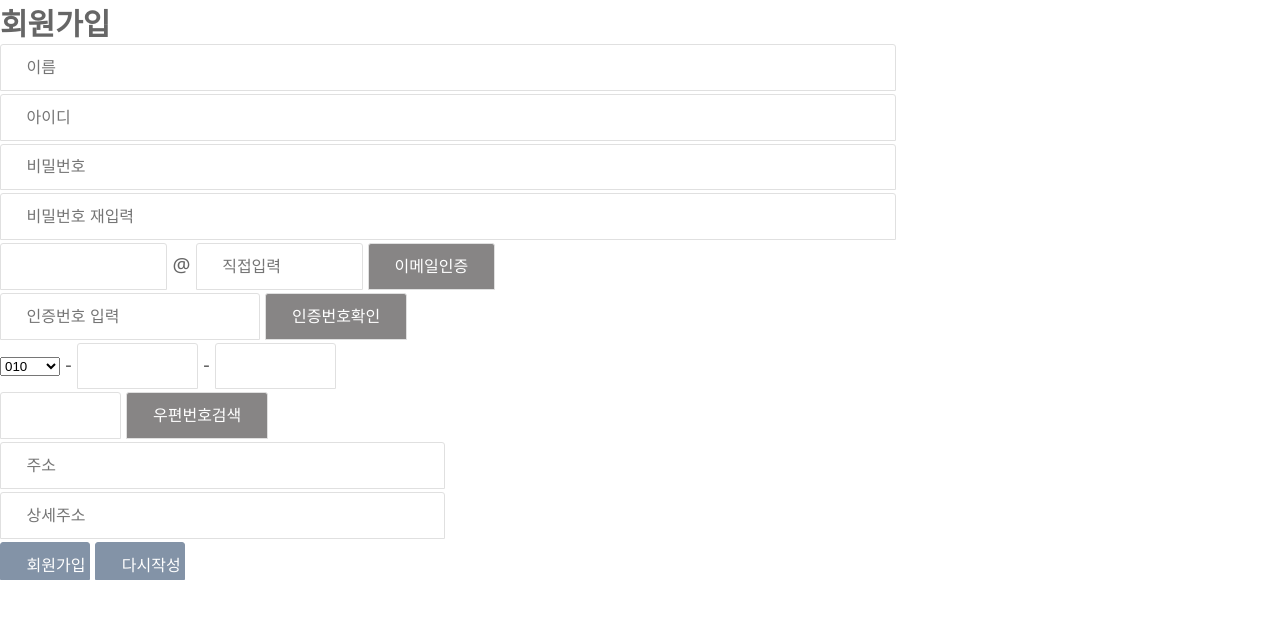
Repository: keepsus/gaebokchi
Page: http://localhost/uzuslime/member/memberWriteForm.jsp
An editor plug-in stored every save of this project. The page is shown before and after the next save, followed by the edit.
The browser window is 1280 px wide. The pictures show the whole page.
Some web fonts or font styles are not loaded; a fallback is used. The page is served by Tomcat 9. Nobody is signed in. The application's start-up code is not run. Other server files are loaded and not shown.

Above is the page before, as saved 2021-02-12 10:52:24.

### uzuslime/src/main/webapp/member/memberWriteForm.jsp
<%@ page language="java" contentType="text/html; charset=UTF-8"
    pageEncoding="UTF-8"%>

    <link rel="stylesheet" href="/slime/css/memberWriteForm.css">
    <link rel="preconnect" href="https://fonts.gstatic.com">
    <link href="https://fonts.googleapis.com/css2?family=Raleway:ital,wght@0,200;0,300;0,400;0,500;1,300;1,400&display=swap" rel="stylesheet">


<form name="memberWriteForm" method="post" action="/slime/member/write">
	<div>
	    <h2 class="modal-header">회원가입</h2>
	</div>


	<article name="memberSignUpForm" class="signUpForm" >
	    <div class="input-text">
	        <input type="text" id="member_name" name="member_name" size="25" placeholder="이름" autocomplete=”off”>
	        <div id="nameDiv"></div>
	    </div>


	    <div class="input-text">
	        <input type="text" class="member_id" id="member_id" name="member_id" size="25" placeholder="아이디" autocomplete=”off”>
	        <input type="hidden" id="check" value="">
	      <div id="idDiv"></div>

	    </div>


	    <div class="input-text">
	        <input type="password" class="sign-pwd" name="member_pw" size="25" placeholder="비밀번호">
	        <div id="pwdDiv"></div>
	    </div>


	    <div class="input-text">
	        <input type="password" class="sign-repwd" name="repw" size="25" placeholder="비밀번호 재입력">
	        <div id="repwdDiv"></div>
	    </div>


	    <div class="signUp-email-form">
	        <input type="text" class="sign-email1" id="email1" name="email1" size="10">
	        @
	        <input type="email" class="sign-email2" list="email2" id="email2" name="email2"  placeholder="직접입력" size="10">
	        <datalist id="email2">
	            <option value="gmail.com">
	            <option value="naver.com">
	            <option value="hanmail.net">
	        </datalist>
	        <input type="button" id="emailBtn" name="emailBtn" class="emailBtn" value="이메일인증"><br>
	         <input type="text" class="checkEmail" id="checkEmail" name="checkEmail" placeholder="인증번호 입력" autocomplete=”off”>
	         <input type="hidden" id="checkEmailR" value="">
	        <input type="button" id="emailCheckBtn" class="emailCheckBtn" value="인증번호확인" ><br>
	    </div>
		<div id="emailDiv"></div>

	    <div class="signUp-phone-form">
	        <select name="tel1" class="sign-tel1" style="width: 60px;">
	            <option value="010">010
	            <option value="011">011
	            <option value="019">019
	        </select>
	         -
	         <input type="text" class="sign-tel2" name="tel2" size="5">
	         -
	         <input type="text" class="sign-tel3" name="tel3" size="5">
	    </div>


	    <div class="signUp-address-form">
	        <input type="text" class="sign-post" id="postcode" name="zipcode" size="5" readonly>
	        <input type="button" id="checkPostBtn" class="checkPostBtn" value="우편번호검색"><br>
	        <input type="text" class="sign-address" id="address" name="addr1" size="40"  readonly placeholder="주소"><br>
	        <input type="text" class="sign-detail" id="detailAddress" name="addr2" size="40" placeholder="상세주소">
	    </div>


	    <div class="signUp-btn-box">
	        <input type="button" id="writeBtn" class="writeBtn" value="회원가입">
	        <input type="reset" value="다시작성">
	    </div>
	</article>

	<input type="hidden" name="email_key" value="0">
	<input type="hidden" name="admin_yn" value="0">

</form>
<script type="text/javascript" src="https://code.jquery.com/jquery-3.5.1.min.js"></script>
<script type="text/javascript" src="/slime/js/member.js?ver=1"></script>

### uzuslime/src/main/webapp/css/memberWriteForm.css
@charset "UTF-8";
* {
    margin: 0px;
    padding: 0px;
    box-sizing: border-box;
}

html {
    background-color: #fff;
    color: rgba(85, 85, 85, 0.897);
    font-family: 'Raleway','Noto Sans Korean','Apple SD Gothic Neo', 'Malgun Gothic','Nanum Gothic', 'Noto Sans','sans-serif';
    font-weight: 300px;
    font-size: 20px;
    text-rendering: optimizeLegibility;
    /* 반응형 웹사이트를 만드려고 기준으로 두었다. 폰트사이즈를 20px을 기본으로 주면 다른 태그에서 %를 사용해서 변경해주면
    폰트 사이즈를 바꿔줄때마다 웹사이트의 폰트 사이즈가 자동으로 바뀔 것이다. */
}

.modal-header{
	margin-botton: 8%;

}

.memberSignUpForm{
	text-align: center;
}

.input-text input{
    width: 70%;
    padding: 1% 2%;
    line-height: 1.2;
    border-radius: 3px 3px 0 0;
    border: 1px solid #e0e0e0;
    font-size: 80%;
    margin-bottom: 3px;
}

.emailBtn,.emailCheckBtn,.checkPostBtn{
    background-color: #fff;
    color: rgba(85, 85, 85, 0.897);
    border: 1px solid #e0e0e0;
    text-decoration: none;
    cursor: pointer;
    border-radius: 3px 3px 0 0;
}

.emailBtn,.emailCheckBtn,.checkPostBtn,.writeBtn:hover{
    transition: 0.4s;
    background-color: rgba(78, 76, 76, 0.678);
    color: white;
}

.signUp-email-form input {
	padding: 1% 2%;
    line-height: 1.2;
    border-radius: 3px 3px 0 0;
    border: 1px solid #e0e0e0;
    font-size: 80%;
    margin-bottom: 3px;
}

.signUp-phone-form input {
	padding: 1% 2%;
    line-height: 1.2;
    border-radius: 3px 3px 0 0;
    border: 1px solid #e0e0e0;
    font-size: 80%;
    margin-bottom: 3px;
}

.signUp-address-form input {
	padding: 1% 2%;
    line-height: 1.2;
    border-radius: 3px 3px 0 0;
    border: 1px solid #e0e0e0;
    font-size: 80%;
    margin-bottom: 3px;
}

.signUp-btn-box input{
	padding: 1% 2%;
    line-height: 1.2;
    border-radius: 3px 3px 0 0;
    border: 1px solid #8393a7;
    background-color: #8393a7;
    font-size: 80%;
    color :white;
    margin-bottom: 3px;
    width: 90px;
    height:38px;
    cursor:pointer;
}

### uzuslime/src/main/webapp/js/member.js
//로그인
$('#loginBtn').click(function(){
	$('#loginIdDiv').empty();
	$('#loginPwdDiv').empty();

	if($('#loginId').val()==''){
		$('#loginIdDiv').text('아이디를 입력')
						.css('color','red')
						.css('font-size','8pt')
						.css('font-weight','bold');

	}else if($('#loginPwd').val()==''){
		$('#loginPwdDiv').text('비밀번호를 입력')
						 .css('color','red')
						 .css('font-size','8pt')
						 .css('font-weight','bold');
	}else{
		$.ajax({
			type : 'post',
			url: '/slime/member/login',
			data: {'member_id': $('#loginId').val(), 'pwpwpw': $('#loginPwd').val()},

			dataType: 'text',
			success: function(data){
				if(data == 'success'){
					location.href = '/slime/index.jsp';

				}else if(data == 'fail'){

					alert('잘못된 정보입니다. 다시 입력해주세요.');
				}
			},//success
			error: function(err){
				console.log(err);
			}//error

		});//ajax
	}//else
});//click

//회원가입
$('#writeBtn').click(function(){
	$('#nameDiv').empty();
	$('#idDiv').empty();
	$('#pwdDiv').empty();
	$('#repwdDiv').empty();
	$('#emailDiv').empty();
	var idReg = /^[A-za-z0-9]/g;
	//아이디 한글못넣게 하는 것
	//[영문 대문자 또는 소문자로 시작하는 아이디, 끝날때 제한 없음]

	//if($('#name').val()==''){ -> 방법 1
	//if($('input[id=member_name]').val()==''){ -> 방법 2
	//id 속성이용은 2가지 방법 모두 가능
	if($('input[id=member_name]').val()==''){
		$('#nameDiv').text('이름을 입력하세요');
		$('#nameDiv').css('color','red');
		$('#nameDiv').css('font-size','8pt');
		$('#nameDiv').css('font-weight','bold');

	}else if($('#member_id').val()==''){	//id 속성이용
		$('#idDiv').text('아이디를 입력하세요');
		$('#idDiv').css('color','red');
		$('#idDiv').css('font-size','8pt');
		$('#idDiv').css('font-weight','bold');

	}else if( !idReg.test( $("input[id=member_id]").val() ) ){
		$('#idDiv').text('아이디는 영문자로 시작하는 6~20자 영문자 또는 숫자이어야 합니다.');
		$('#idDiv').css('color','red');
		$('#idDiv').css('font-size','8pt');
		$('#idDiv').css('font-weight','bold');

	}else if($('input[name=member_pw]').val()==''){
		$('#pwdDiv').text('비밀번호를 입력하세요')
		$('#pwdDiv').css('color','red')
		$('#pwdDiv').css('font-size','8pt')
		$('#pwdDiv').css('font-weight','bold');

	}else if($('input[name=repw]').val() != $('input[name=member_pw]').val()){
		$('#repwdDiv').text('비밀번호가 맞지 않습니다')
		$('#repwdDiv').css('color','red')
		$('#repwdDiv').css('font-size','8pt')
		$('#repwdDiv').css('font-weight','bold');

	}else if($('#member_id').val() != $('#check').val()){
		$('#idDiv').text('중복체크 하세요')
		$('#idDiv').css('color','red')
		$('#idDiv').css('font-size','8pt')
		$('#idDiv').css('font-weight','bold');

	}else if($('input[name=email1]').val()==''||$('input[name=email2]').val()==''){
		$('#emailDiv').text('이메일을 입력하세요')
		$('#emailDiv').css('color','red')
		$('#emailDiv').css('font-size','8pt')
		$('#emailDiv').css('font-weight','bold');

	}else{
		$('form[name=memberWriteForm]').submit();
	}
});

//중복 아이디 체크
$('#member_id').focusout(function(){
	if($('#member_id').val()==''){
		$('#idDiv').text('먼저 아이디를 입력하세요')
		$('#idDiv').css('color','magenta')
		$('#idDiv').css('font-size','8pt')
		$('#idDiv').css('font-weight','bold');

	}else{
		$.ajax({
			type: 'post',
			url: '/slime/member/checkId',
			data: 'member_id='+$('#member_id').val(),
			dataType: 'text',
			success: function(data){
				if(data == 'exist'){
					$('#idDiv').text('사용 불가능')
					$('#idDiv').css('color','magenta')
					$('#idDiv').css('font-size','8pt')
					$('#idDiv').css('font-weight','bold');

				}else if(data == 'non_exist'){
					$('#check').val($('#member_id').val());

					$('#idDiv').text('사용 가능')
					$('#idDiv').css('color','blue')
					$('#idDiv').css('font-size','8pt')
					$('#idDiv').css('font-weight','bold');
				}
			}
		});
	}
});

//우편번호
$('#checkPostBtn').click(function(){
	window.open("/slime/member/memberCheckPost", "zipcode", "width=700 height=500 scrollbars=yes");
});

$('#checkPostSearchBtn').click(function(){
	$.ajax({
		type: 'post',
		url: '/slime/member/checkPostSearch',
		data: $('#memberCheckPostForm').serialize(),	//serialize : '변수=값&변수=값'
		dataType: 'json',
		success: function(data){
			//alert(JSON.stringify(data));

			$('#checkPostTable tr:gt(2)').remove();

			$.each(data.list, function(index, items){
				var address = items.sido+' '
							+ items.sigungu+' '
							+ items.yubmyundong+' '
							+ items.ri+' '
							+ items.roadname+' '
							+ items.buildingname;

				address = address.replace(/null/g, '');

				$('<tr/>').append($('<td/>',{
					align: 'center',
					text: items.zipcode

				})).append($('<td/>',{
					colspan: '3',
					}).append($('<a/>',{
						href: '#',
						id: 'addressA',
						text: address
					}))
				).appendTo($('#checkPostTable'));
			});//each

			$('a').click(function(){
				//alert($(this).prop('tagName'));
				//alert($(this).parent().prev().text());

				$('#postcode', opener.document).val($(this).parent().prev().text());
				$('#address', opener.document).val($(this).text());
				$('#detailAddress', opener.document).focus();
				window.close();
			});
		},
		error: function(err){
			console.log(err);
		}
	});
});

//회원정보수정
$('#modifyBtn').click(function(){
	$('#nameDiv').empty();
	$('#pwdDiv').empty();
	$('#repwdDiv').empty();

	if($('#member_name').val()==''){
		$('#nameDiv').text('이름을 입력하세요');
		$('#nameDiv').css('color','red');
		$('#nameDiv').css('font-size','8pt');
		$('#nameDiv').css('font-weight','bold');

	}else if($('input[name=member_pw]').val()==''){
		$('#pwdDiv').text('비밀번호를 입력하세요')
		$('#pwdDiv').css('color','red')
		$('#pwdDiv').css('font-size','8pt')
		$('#pwdDiv').css('font-weight','bold');

	}else if($('input[name=repw]').val() != $('input[name=member_pw]').val()){
		$('#repwdDiv').text('비밀번호가 맞지 않습니다')
		$('#repwdDiv').css('color','red')
		$('#repwdDiv').css('font-size','8pt')
		$('#repwdDiv').css('font-weight','bold');

	}else{
		$.ajax({
			type: 'post',
			url: '/slime/member/modify',
			data: $('#memberModifyForm').serialize(),	//serialize : '변수=값&변수=값'
			success: function(){
				alert('회원정보수정 완료');
				location.href='/slime/mypage/myPageOrder.jsp';
			},
			error: function(err){
				console.log(err);
			}
		});
	}
});

//아이디 찾기
$('#searchBtn').click(function(){
	$.ajax({
		type: 'post',
		url: '/slime/member/memberIdSearch',
		data: $('#memberSearch').serialize(),
		dataType: 'text',
		success: function(data){
			alert("회원님의 ID는 "+data+" 입니다");
			location.href='/slime/index.jsp';
		},
		error: function(err){
			alert("틀린 정보입니다. 다시 확인해주세요.")
			console.log(err);
		}
	});
});


//이메일 인증 보내기
$('#emailBtn').click(function(){
	$('#emailDiv').empty();
	if($('input[name=email1]').val()==''||$('input[name=email2]').val()==''){
		$('#emailDiv').text('이메일을 입력하세요');
		$('#emailDiv').css('color','red');
		$('#emailDiv').css('font-size','8pt');
		$('#emailDiv').css('font-weight','bold');

	}else{
		$.ajax({
			type: 'post',
			url: '/slime/member/sendEmail',
			data: 'e_mail='+$('#email1').val()+'@'+$('#email2').val(),
			dataType: 'json',
			success: function(data){
				$('#emailDiv').text('이메일이 발송되었습니다. 인증번호를 입력헤주세요');
				$('#emailDiv').css('color','red');
				$('#emailDiv').css('font-size','8pt');
				$('#emailDiv').css('font-weight','bold');
				console.log('이메일 data ='+ JSON.stringify(data));//data가 들어오는것인가?이상한게 찍힌다.
				$('#checkEmailR').val(data.dice);//받은 인증번호를 jsp에 있는 hidden 속성에 넣어주기
			},
			error: function(err){
				console.log(err);
			}
		});
	}

});


//이메일 인증번호 확인
$('#emailCheckBtn').click(function(){
	$('#emailDiv').empty();

	if($('input[id=checkEmail]').val()==''){
		$('#emailDiv').text('이메일 인증번호를 입력해주세요 ')
		$('#emailDiv').css('color','magenta')
		$('#emailDiv').css('font-size','8pt')
		$('#emailDiv').css('font-weight','bold');

	}else{
		if
		(document.getElementById('checkEmail').value == document.getElementById('checkEmailR').value){
			$('#emailDiv').text('인증되었습니다.')
			$('#emailDiv').css('color','magenta')
			$('#emailDiv').css('font-size','8pt')
			$('#emailDiv').css('font-weight','bold');
		}else if
		(document.getElementById('checkEmail').value != document.getElementById('checkEmailR').value){
			$('#emailDiv').text('인증번호가 맞지 않습니다.')
			$('#emailDiv').css('color','magenta')
			$('#emailDiv').css('font-size','8pt')
			$('#emailDiv').css('font-weight','bold');
		}
	}

});

After the next save:
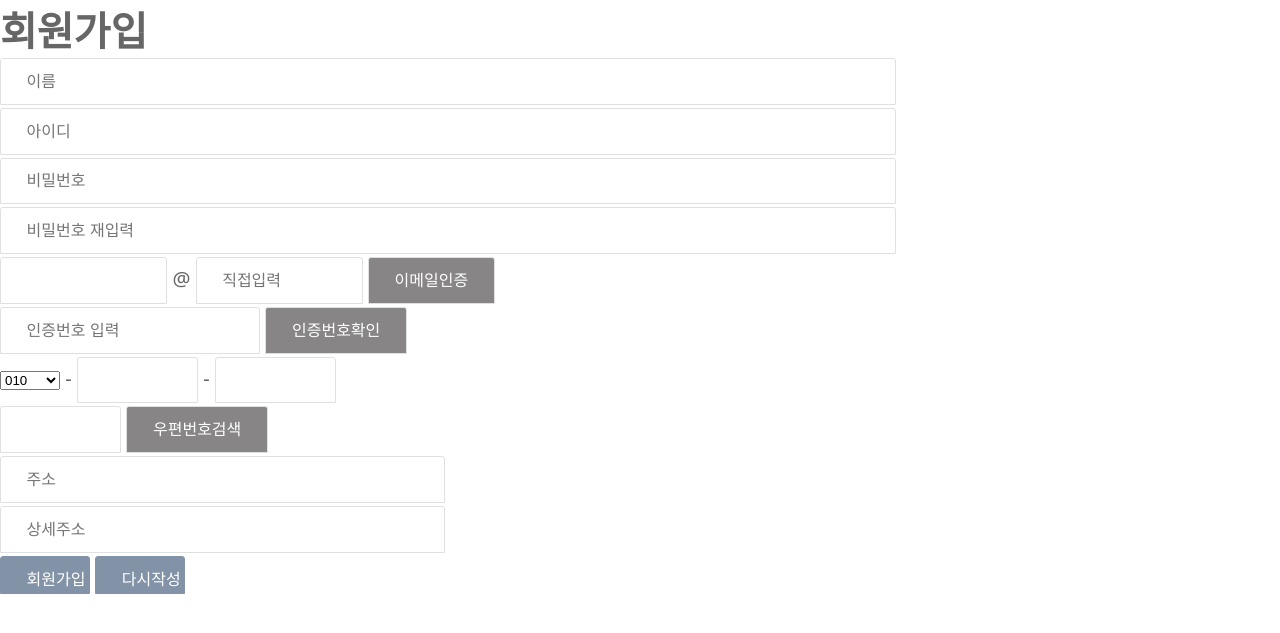
Saved 10 min 30 s later.
--- a/uzuslime/src/main/webapp/member/memberWriteForm.jsp
+++ b/uzuslime/src/main/webapp/member/memberWriteForm.jsp
@@ -8,7 +8,7 @@
 
 <form name="memberWriteForm" method="post" action="/slime/member/write">
 	<div>
-	    <h2 class="modal-header">회원가입</h2>
+	    <h1 class="modal-header">회원가입</h1>
 	</div>
 
 
